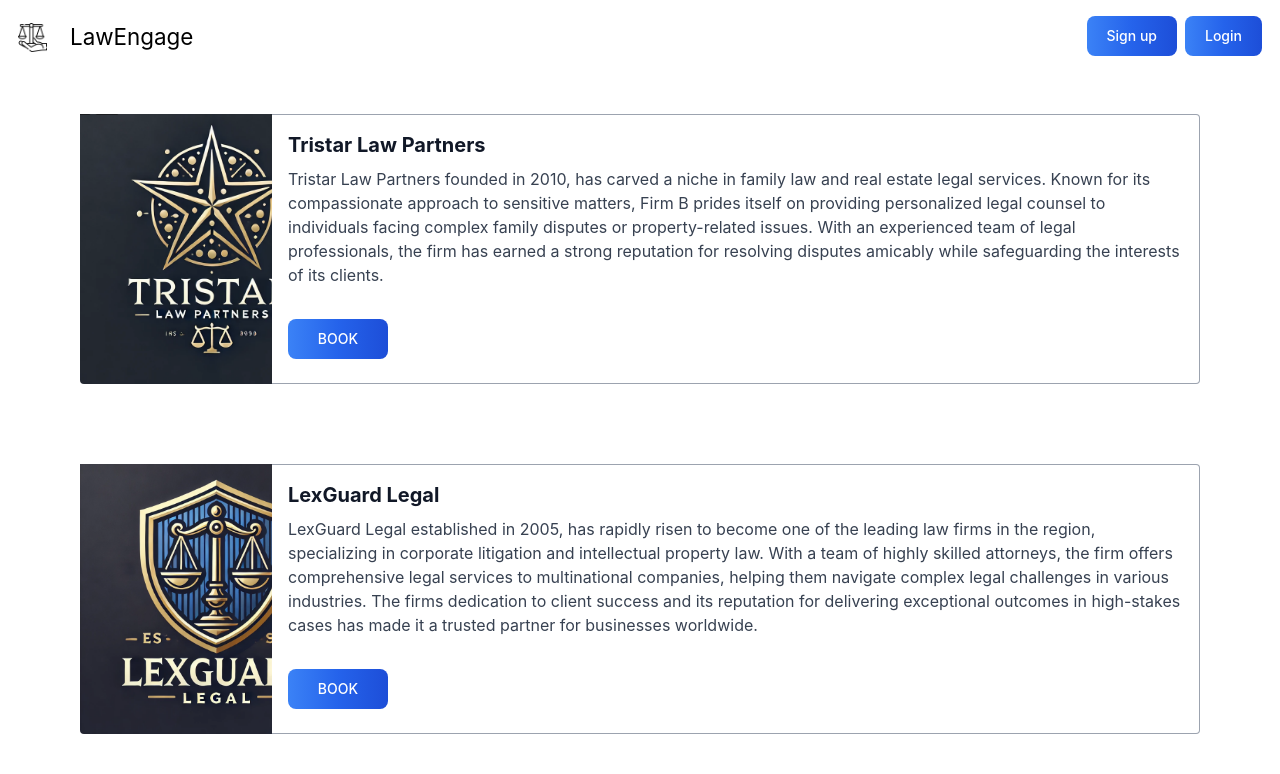
Repository: khushijain8/Lawyer-appointment-application
Page: /book (app in frontend/)
These files come from the project's save history. The page is drawn as it stood at one moment and after the next save; the edit follows.
The browser window is 1280 px wide. The pictures show the whole page.
The project was rebuilt for these pictures with package versions that can differ from the ones it lists, and the page was loaded fresh each time. Also part of the build but not shown: frontend/src/App.css, frontend/src/components/Signup/Signup.css, frontend/src/components/Signup/Signup.jsx, frontend/src/components/Login/Login.css, frontend/src/components/Login/Login.jsx, frontend/src/components/LawyerHistoryContainer/LawyerHistoryContainer.css, frontend/src/components/LawyerHistoryContainer/LawyerHistoryContainer.jsx, frontend/src/components/Admin/Admin.jsx and 5 more.

Above is the page before, as saved 2025-01-26 19:17:55.

After the next save:
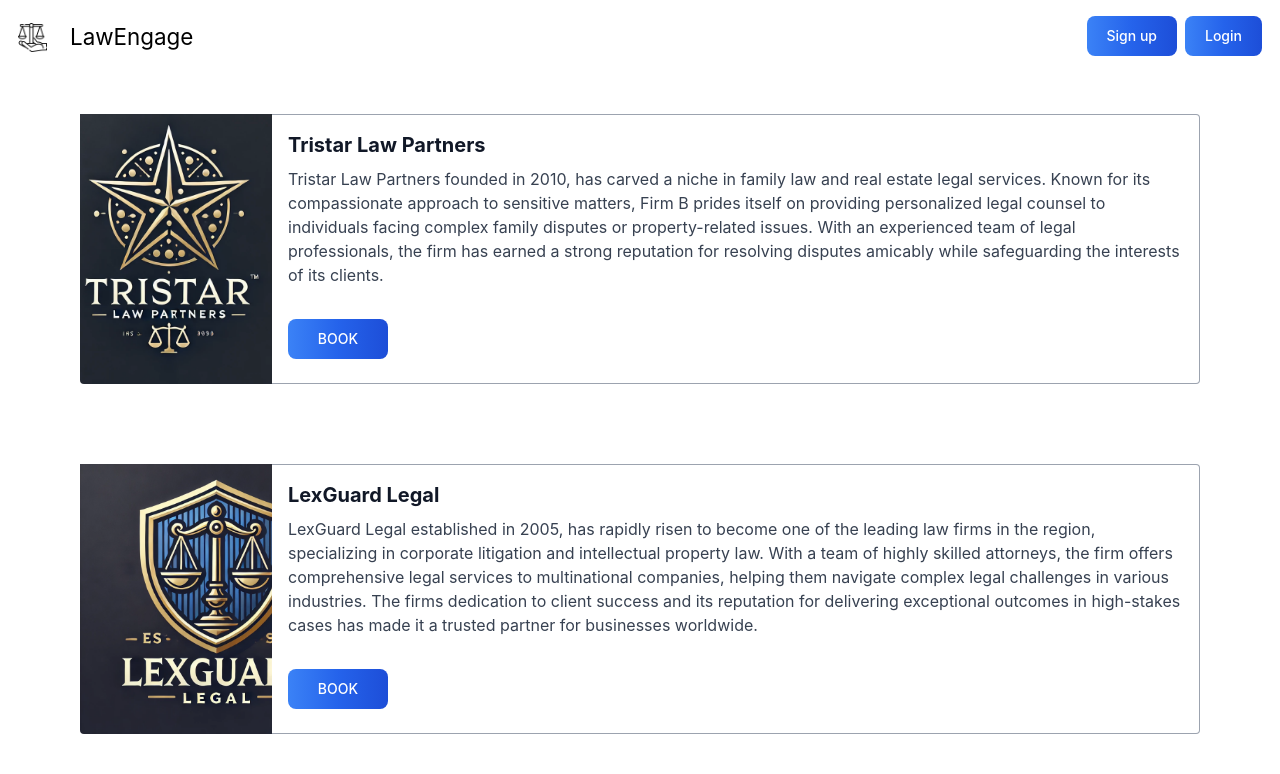
Saved 96 s later.
--- a/frontend/src/components/Book/Book.jsx
+++ b/frontend/src/components/Book/Book.jsx
@@ -16,7 +16,7 @@ function Book() {
     <>
     <div className='root-div mx-10 ' >
       <div className="max-w-sm w-full lg:max-w-full lg:flex p-10">
-        <div className="h-48 lg:h-auto lg:w-48 flex-none bg-cover rounded-t lg:rounded-t-none lg:rounded-l text-center overflow-hidden" style={{ backgroundImage: `url(${tristar})` }}>
+        <div className="h-48 lg:h-auto lg:w-48 flex-none bg-cover rounded-t lg:rounded-t-none lg:rounded-l text-center overflow-hidden" style={{ backgroundImage: `url(${tristar})`, backgroundSize: 'cover', backgroundPosition: 'center' }}>
         </div>
         <div className="border-r border-b border-l border-gray-400 lg:border-l-0 lg:border-t lg:border-gray-400 bg-white rounded-b lg:rounded-b-none lg:rounded-r p-4 flex flex-col justify-between leading-normal">
           <div className="mb-8">
@@ -26,6 +26,7 @@ function Book() {
           <button className="book-but text-white bg-gradient-to-r from-blue-500 via-blue-600 to-blue-700 hover:bg-gradient-to-br focus:ring-4 focus:outline-none focus:ring-blue-300 dark:focus:ring-blue-800 font-medium rounded-lg text-sm px-5 py-2.5 text-center me-2 mb-2" onClick={()=>handleClick('firm1')}>BOOK</button>
         </div>
       </div>
+
       <div className="max-w-sm w-full lg:max-w-full lg:flex p-10">
         <div className="h-48 lg:h-auto lg:w-48 flex-none bg-cover rounded-t lg:rounded-t-none lg:rounded-l text-center overflow:hidden" style={{ backgroundImage: `url(${lexguard})` }}>
         </div>
